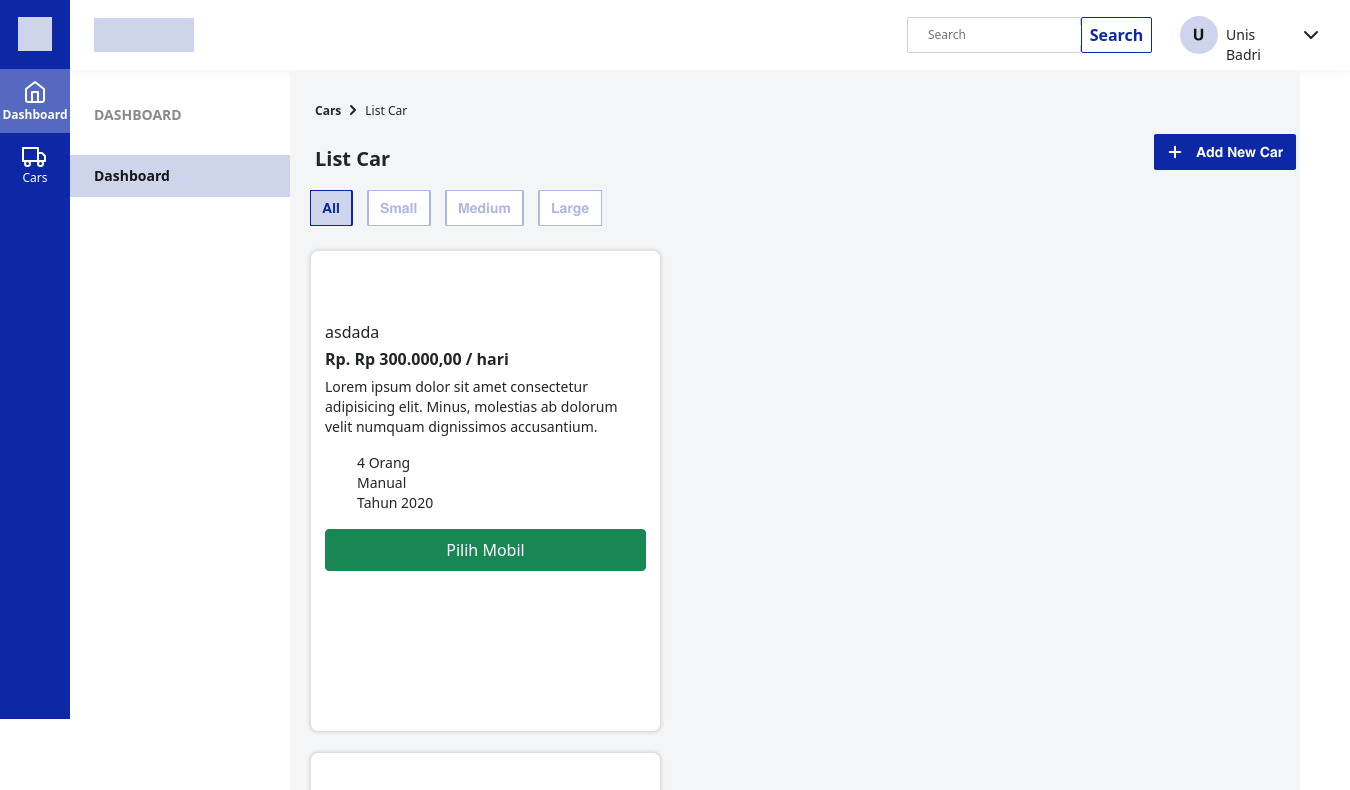
Repository: farrelmuhammad/challenge-7-binar
Page: /carlist
These files come from the project's save history. The page is drawn as it stood at one moment and after the next save; the edit follows.
The browser window is 1280 px wide. The page is 1350 px wide, so the pictures cover 1350 px, including what lies to the right of the window. The pictures show the whole page.
An inner scrolling area shows only its first screen. The project was rebuilt for these pictures with package versions that can differ from the ones it lists, and the page was loaded fresh each time. Also part of the build but not shown: src/component/navbar.js, src/component/header.js, src/component/footer.js, src/App.js, src/component/admin/Dashboard/index.jsx, src/pages/admin/Dashboard.js, src/component/searchForm.js, src/pages/cars.js.

Above is the page before, as saved 2022-05-27 19:50:00.

After the next save:
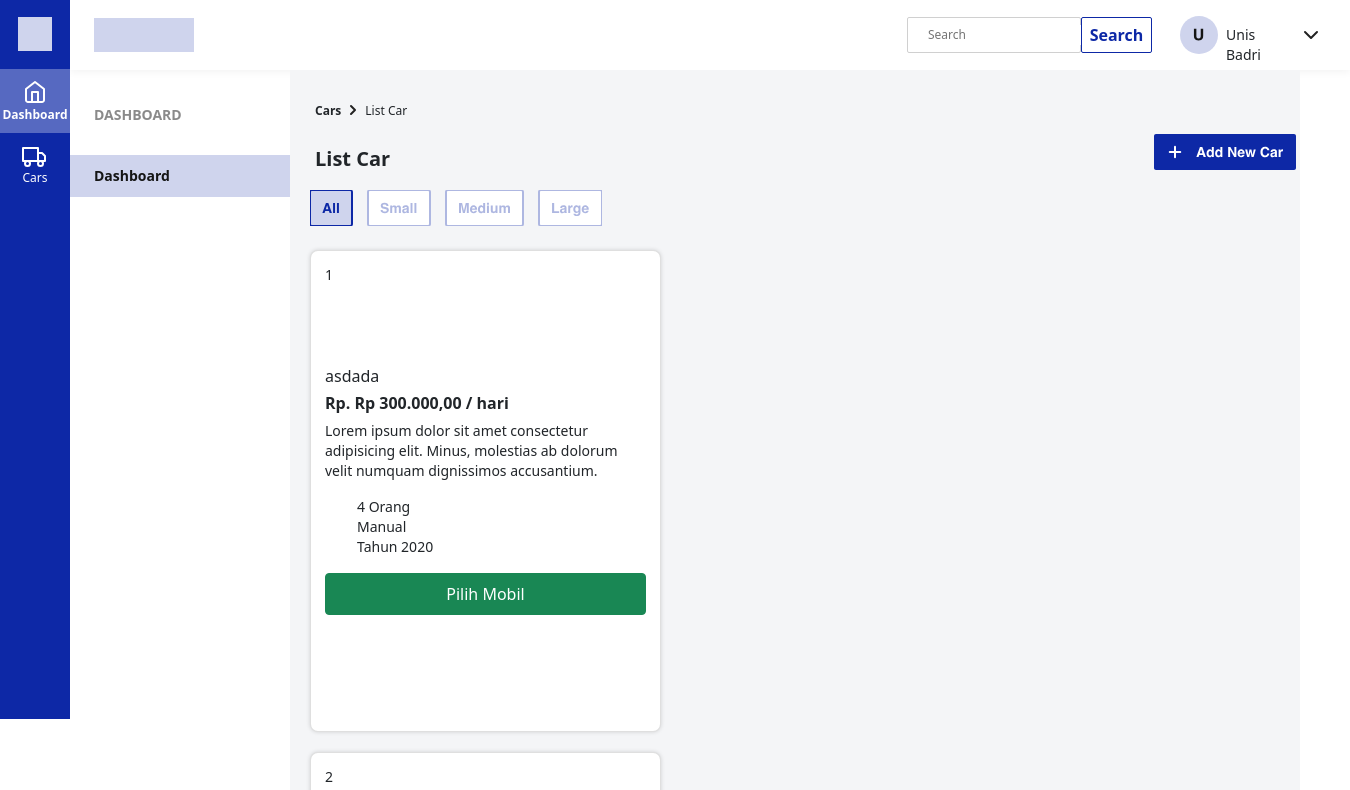
Saved 40 s later.
--- a/src/component/admin/Cars/index.jsx
+++ b/src/component/admin/Cars/index.jsx
@@ -74,6 +74,7 @@
         {/* order table */}
         {dataOrder?.map((order, i) => (
             <div key={order.id} className="card">
+                {i + 1}
                 <div className="image">
                     <img src="" alt="" />
                 </div>

After the save that followed:
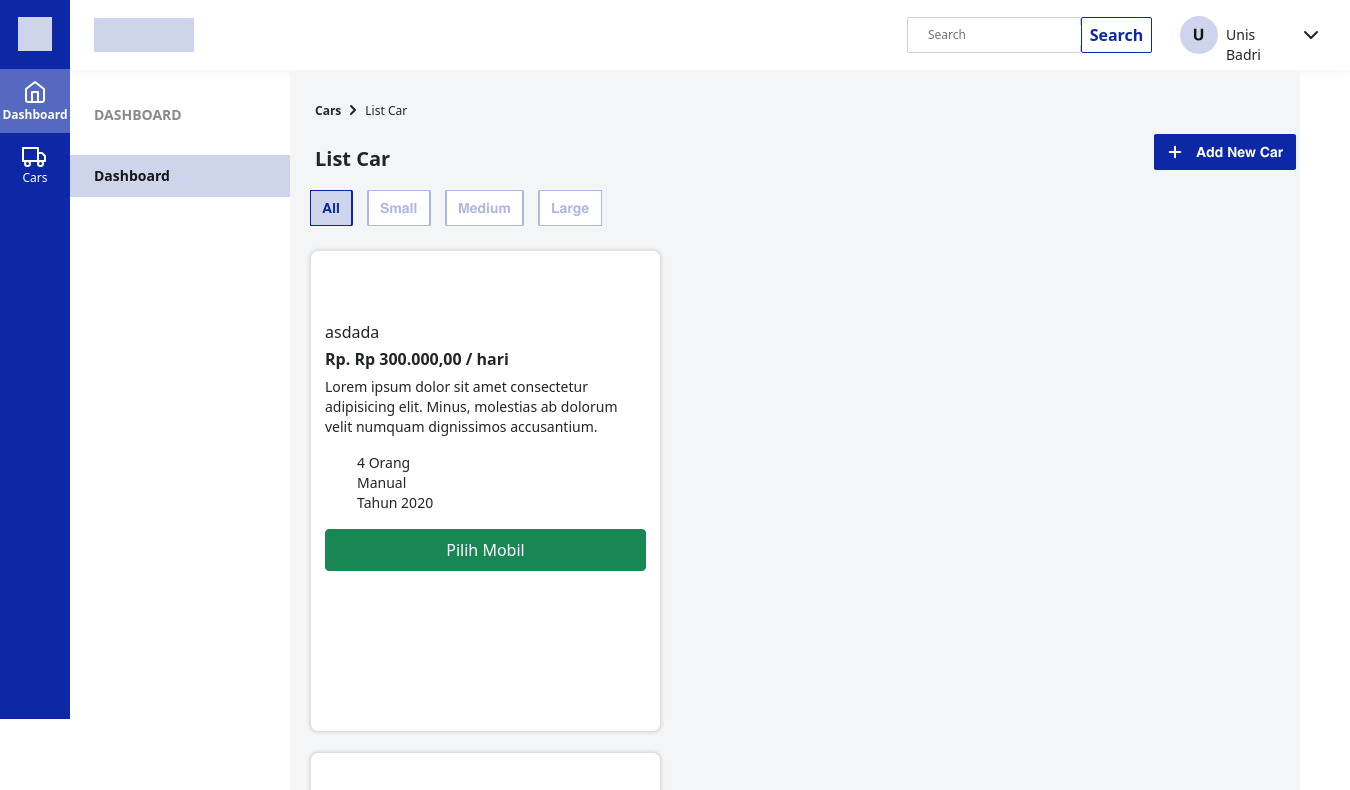
Saved 2 min 42 s later.
--- a/src/component/admin/Cars/index.jsx
+++ b/src/component/admin/Cars/index.jsx
@@ -74,7 +74,6 @@
         {/* order table */}
         {dataOrder?.map((order, i) => (
             <div key={order.id} className="card">
-                {i + 1}
                 <div className="image">
                     <img src="" alt="" />
                 </div>
